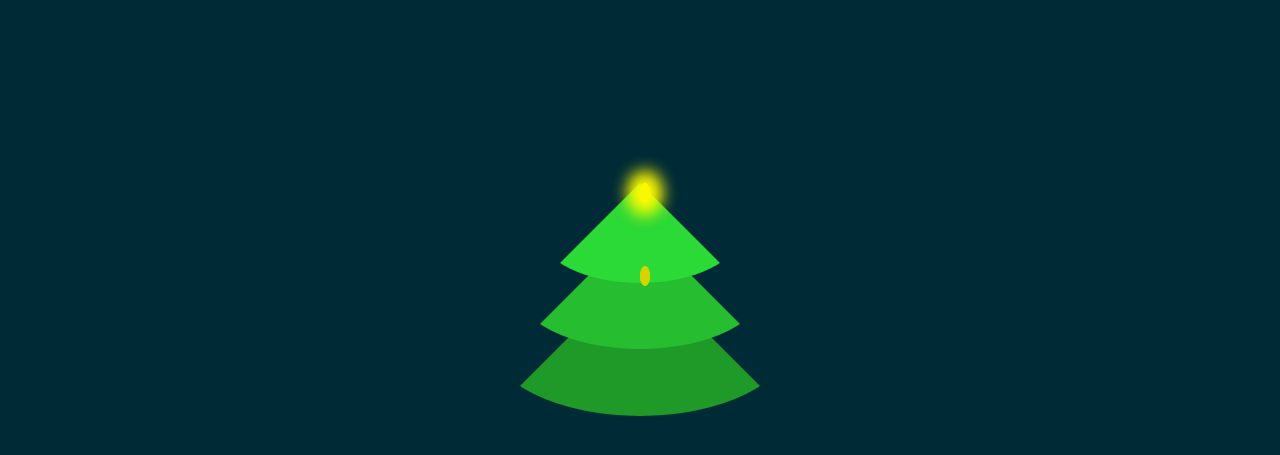
Repository: supakorn5039-boon/Christmas
Page: index.html
These files come from the project's save history. The page is drawn as it stood at one moment and after a run of saves; the edit follows.
The browser window is 1280 px wide. The pictures show the whole page.

Above is the page before, as saved 2023-12-25 08:47:28.

### index.html
<!DOCTYPE html>
<html lang="en">
  <head>
    <meta charset="UTF-8" />
    <meta http-equiv="X-UA-Compatible" content="IE=edge" />
    <meta name="viewport" content="width=device-width, initial-scale=1.0" />
    <link rel="stylesheet" href="styles.css" />
  </head>
  <body>
    <div class="xmas-tree">
      <div class="start">
        <i class="fa-solid fa-star"></i>
      </div>
      <div class="t1"></div>
      <div class="t2"></div>
      <div class="t3"></div>
      <div class="stem"></div>
      <div class="snow-ground"></div>
    </div>
  </body>
  <script href="index.js"></script>
</html>

### styles.css
body {
  height: 100vh;
  margin: 0;
  background: #002b36;
  overflow: hidden;
  display: grid;
  place-items: center;
}

.xmas-tree {
  position: relative;
  width: 500px;
  height: 590px;
  z-index: -2;
}

.star {
  z-index: 3;
  position: absolute;
  color: #fffc00;
  font-style: 40px;
  text-shadow: 0 0 20px #fffc00;
  left: 50%;
  top: 15%;
  margin-left: -22px;
  animation: spin 2s infinite linear forwards;
}

@keyframes spin {
  to {
    transform: rotate(1turn);
  }
}

.t1 {
  position: absolute;
  z-index: 2;
  border-bottom: 100px solid #2bd937;
  margin-left: -100px;
  border-right: 100px solid transparent;
  border-left: 100px solid transparent;
  border-bottom-left-radius: 50%;
  border-bottom-right-radius: 50%;
  top: 20%;
  left: 50%;
}
.t2 {
  position: absolute;
  z-index: 1;
  border-bottom: 125px solid #26bd30;
  margin-left: -125px;
  border-right: 125px solid transparent;
  border-left: 125px solid transparent;
  border-bottom-right-radius: 50%;
  border-bottom-left-radius: 50%;
  top: 27%;
  left: 50%;
}

.t3 {
  position: absolute;
  border-bottom: 150px solid #1f9927;
  margin-left: -150px;
  border-right: 150px solid transparent;
  border-left: 150px solid transparent;
  border-bottom-right-radius: 50%;
  border-bottom-left-radius: 50%;
  top: 34%;
  left: 50%;
}

.t1::before,
.t1::after,
.t2::before,
.t2::after,
.t3::before,
.t3::after {
  position: absolute;
  content: "";
  background: #d6d400;
  z-index: 3;
  width: 10px;
  height: 20px;
  border-radius: 50%;
  animation: blink 1.5s infinite;
}

.t2::before {
  animation-delay: 0.5s;
}
.t2::after {
  animation-delay: 0.5s;
}

.t3::before {
  animation-delay: 1s;
}
.t3::after {
  animation-delay: 1s;
}

@keyframes blink {
  30% {
    background: rgb(255, 252, 0);
    box-shadow: 0 0 20px 10px #fffc00;
  }
  60% {
    background: #d6d400;
    box-shadow: 0 0 0px 0px #fffc00;
  }
}

.t1::before{

}

After the next 2 saves:
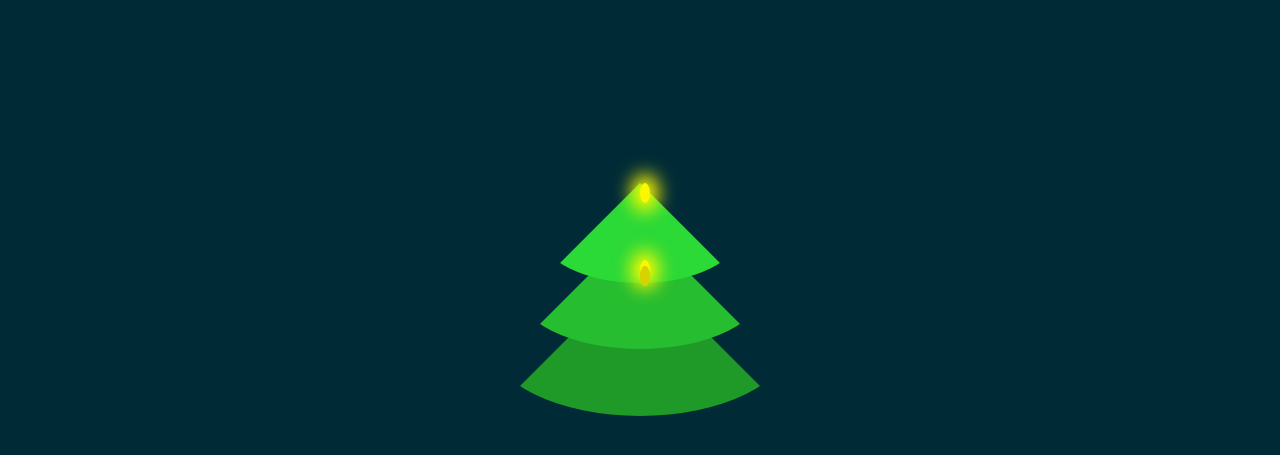
The 2 saves are shown as one change because they came seconds apart.
The last was saved 6 s later.
--- a/styles.css
+++ b/styles.css
@@ -111,5 +111,6 @@ body {
 }
 
 .t1::before{
+    top: 77px;
 
 }
